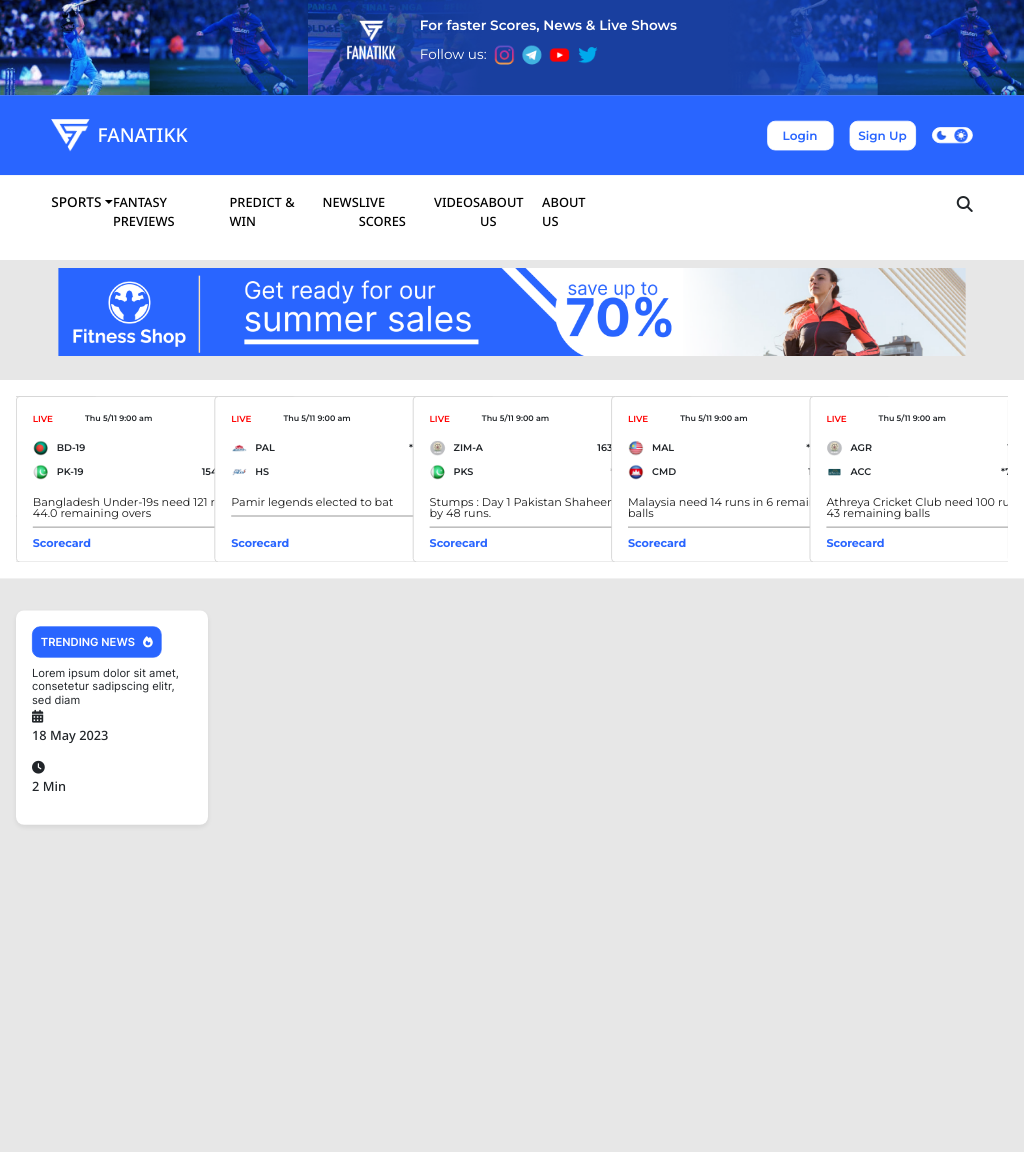
Repository: FlyweisReact/Kannapa
Page: /
The author's editor kept a copy of each file at every save. The page is drawn from the files as they stood at one save, then again after the next save.
The browser window is 1280 px wide. The pictures show the whole page, at 80% of full size.
Some web libraries are served in a nearby version. The project was rebuilt for these pictures with package versions that can differ from the ones it lists, and the page was loaded fresh each time. Also part of the build but not shown: src/Components/Layout/Footer.js, src/Components/Sliders/Index-video-Slider.js, src/Components/firstScreen.jsx, src/Components/secondScreen.jsx, src/Components/thirdScreen.jsx, src/Components/fourthScreen.jsx, src/CSS/Footer.css.

Above is the page before, as saved 2023-06-03 13:35:03.

After the next save:
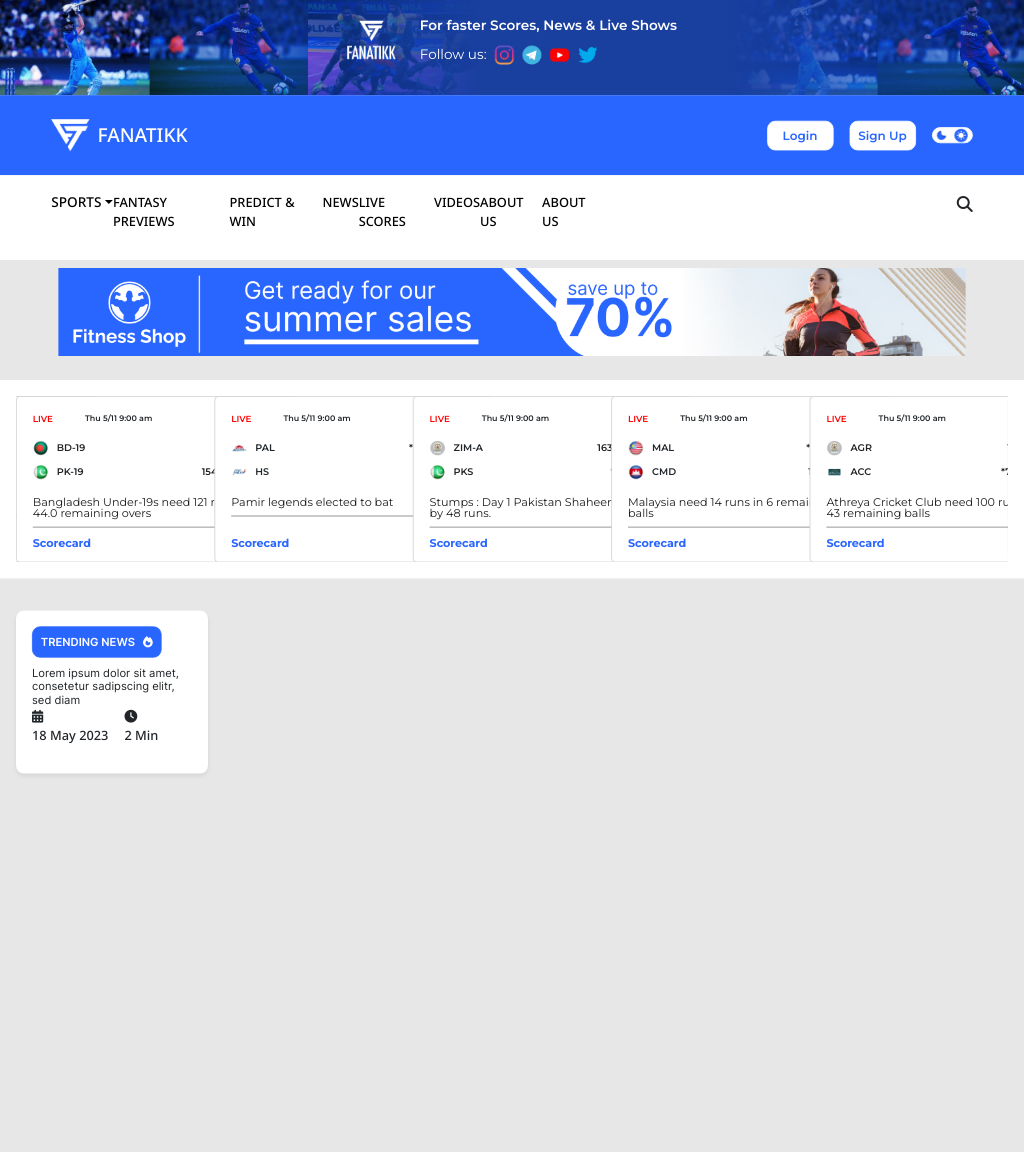
Saved 19 s later.
--- a/src/CSS/Component.css
+++ b/src/CSS/Component.css
@@ -333,4 +333,8 @@ margin: 0;
 }
 
 
-.Index_Three_Sec_Layout .left_Comp .Trading_News .desc .
+.Index_Three_Sec_Layout .left_Comp .Trading_News .desc .two_sec{
+  display: flex;
+  align-items: center;
+  gap: 20px;
+}
